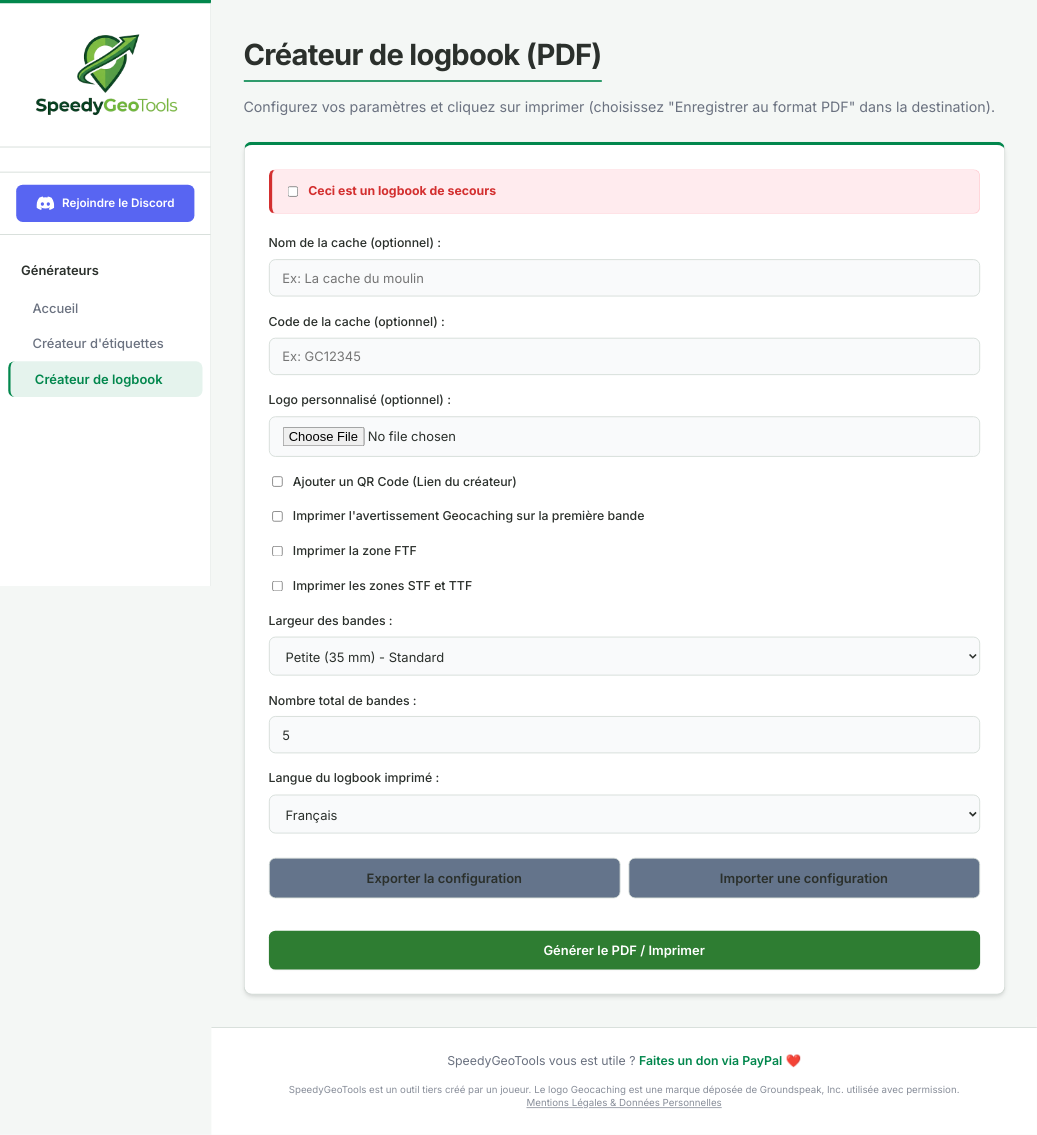
Repository: rodafux/SpeedyGeoTools
Page: logbook.html
The author's editor kept a copy of each file at every save. The page is drawn from the files as they stood at one save, then again after the next save.
The browser window is 1280 px wide. The pictures show the whole page, at 81% of full size.

Above is the page before, as saved 2026-04-10 22:02:47.

### logbook.html
<!DOCTYPE html>
<html lang="fr">
<head>
    <meta charset="UTF-8">
    <meta name="viewport" content="width=device-width, initial-scale=1.0">
    <title>SpeedyGeoTools - Créateur de logbook</title>
    <link rel="preconnect" href="https://fonts.googleapis.com">
    <link rel="preconnect" href="https://fonts.gstatic.com" crossorigin>
    <link href="https://fonts.googleapis.com/css2?family=Inter:wght@400;500;600;700&display=swap" rel="stylesheet">
    <link rel="stylesheet" href="css/style.css">
    <link rel="stylesheet" href="css/print.css">
    <script src="https://cdnjs.cloudflare.com/ajax/libs/qrious/4.0.2/qrious.min.js"></script>
</head>
<body>
    <div class="app-sidebar no-print">
        <a href="index.html" class="sidebar-brand">
            <img src="logo.png" alt="SpeedyGeoTools" class="brand-logo">
        </a>
        <div id="google_translate_element" class="translation-widget"></div>
        <div class="sidebar-discord">
            <a href="https://discord.gg/7D9yHJCKaA" target="_blank">
                <svg viewBox="0 0 127.14 96.36" width="22" height="22" fill="currentColor">
                    <path d="M107.7,8.07A105.15,105.15,0,0,0,81.47,0a72.06,72.06,0,0,0-3.36,6.83A97.68,97.68,0,0,0,49,6.83,72.37,72.37,0,0,0,45.64,0,105.89,105.89,0,0,0,19.39,8.09C2.79,32.65-1.71,56.6.54,80.21h0A105.73,105.73,0,0,0,32.71,96.36,77.7,77.7,0,0,0,39.6,85.25a68.42,68.42,0,0,1-10.85-5.18c.91-.66,1.8-1.34,2.66-2a75.57,75.57,0,0,0,64.32,0c.87.71,1.76,1.39,2.66,2a68.68,68.68,0,0,1-10.87,5.19,77,77,0,0,0,6.89,11.1A105.25,105.25,0,0,0,126.6,80.22h0C129.24,52.84,122.09,29.11,107.7,8.07ZM42.45,65.69C36.18,65.69,31,60,31,53s5-12.74,11.43-12.74S54,46,53.89,53,48.84,65.69,42.45,65.69Zm42.24,0C78.41,65.69,73.31,60,73.31,53s5-12.74,11.43-12.74S96.33,46,96.22,53,91.08,65.69,84.69,65.69Z"/>
                </svg>
                <span>Rejoindre le Discord</span>
            </a>
        </div>
        <div class="sidebar-nav">
            <details open>
                <summary>Générateurs</summary>
                <a href="index.html">Accueil</a>
                <a href="etiquettes.html">Créateur d'étiquettes</a>
                <a href="logbook.html" class="active">Créateur de logbook</a>
            </details>
        </div>
    </div>
    <div class="app-content">
        <div class="container no-print">
            <h1>Créateur de logbook (PDF)</h1>
            <p class="subtitle">Configurez vos paramètres et cliquez sur imprimer (choisissez "Enregistrer au format PDF" dans la destination).</p>
            <div class="main-layout" style="display:block;">
                <div class="controls-panel">
                    <div class="form-group checkbox-group emergency-toggle">
                        <input type="checkbox" id="isEmergency">
                        <label for="isEmergency" style="color: #d32f2f; font-weight: bold;">Ceci est un logbook de secours</label>
                    </div>
                    <div class="form-group" id="emergencyPseudoGroup" style="display: none;">
                        <label for="emergencyPseudo">Votre pseudo (Déposé par) :</label>
                        <input type="text" id="emergencyPseudo" placeholder="Ex: GeoTrouveTout">
                    </div>
                    <div id="standardOptions">
                        <div class="form-group">
                            <label for="cacheName">Nom de la cache (optionnel) :</label>
                            <input type="text" id="cacheName" placeholder="Ex: La cache du moulin">
                        </div>
                        <div class="form-group">
                            <label for="cacheCode">Code de la cache (optionnel) :</label>
                            <input type="text" id="cacheCode" placeholder="Ex: GC12345">
                        </div>
                        <div class="form-group">
                            <label for="logoInput">Logo personnalisé (optionnel) :</label>
                            <input type="file" id="logoInput" accept="image/png, image/jpeg">
                        </div>
                        <div class="form-group checkbox-group">
                            <input type="checkbox" id="hasQrCode">
                            <label for="hasQrCode">Ajouter un QR Code (Lien du créateur)</label>
                        </div>
                        <div class="form-group" id="qrUrlGroup" style="display: none;">
                            <label for="qrUrl">Lien du QR Code :</label>
                            <input type="text" id="qrUrl" placeholder="https://...">
                        </div>
                    </div>
                    <div class="form-group checkbox-group">
                        <input type="checkbox" id="hasWarning">
                        <label for="hasWarning">Imprimer l'avertissement Geocaching sur la première bande</label>
                    </div>
                    <div id="podiumOptions">
                        <div class="form-group checkbox-group">
                            <input type="checkbox" id="hasFtf">
                            <label for="hasFtf">Imprimer la zone FTF</label>
                        </div>
                        <div class="form-group checkbox-group sub-checkbox" id="ftfTamponGroup" style="display: none;">
                            <input type="checkbox" id="hasFtfTampon" checked>
                            <label for="hasFtfTampon">Agrandir la zone FTF (Espace Tampon)</label>
                        </div>
                        <div class="form-group checkbox-group">
                            <input type="checkbox" id="hasStfTtf">
                            <label for="hasStfTtf">Imprimer les zones STF et TTF</label>
                        </div>
                        <div class="form-group checkbox-group sub-checkbox" id="stfTtfTamponGroup" style="display: none;">
                            <input type="checkbox" id="hasStfTtfTampon" checked>
                            <label for="hasStfTtfTampon">Agrandir les zones STF/TTF (Espace Tampon)</label>
                        </div>
                    </div>
                    <div class="form-group">
                        <label for="stripWidth">Largeur des bandes :</label>
                        <select id="stripWidth">
                            <option value="25">Micro (25 mm) - Sans tampons ni textes</option>
                            <option value="35" selected>Petite (35 mm) - Standard</option>
                            <option value="45">Normale (45 mm) - Large</option>
                        </select>
                    </div>
                    <div class="form-group">
                        <label for="stripCount">Nombre total de bandes :</label>
                        <input type="number" id="stripCount" value="5" min="1" max="100">
                    </div>
                    <div class="form-group">
                        <label for="pdfLanguage">Langue du logbook imprimé :</label>
                        <select id="pdfLanguage">
                            <option value="fr" selected>Français</option>
                            <option value="en">English (Anglais)</option>
                            <option value="de">Deutsch (Allemand)</option>
                            <option value="es">Español (Espagnol)</option>
                            <option value="it">Italiano (Italien)</option>
                            <option value="pt">Português (Portugais)</option>
                            <option value="nl">Nederlands (Néerlandais)</option>
                            <option value="cs">Čeština (Tchèque)</option>
                        </select>
                    </div>
                    <div class="import-export-section">
                        <button onclick="exportLogbookConfig()" style="background-color: #64748b;">Exporter la configuration</button>
                        <input type="file" id="importLogbook" accept=".json" onchange="importLogbookConfig(event)" style="display: none;">
                        <button onclick="document.getElementById('importLogbook').click()" style="background-color: #64748b;">Importer une configuration</button>
                    </div>
                    <button onclick="generateAndPrint()" style="background-color: #2e7d32; margin-top: 20px;">Générer le PDF / Imprimer</button>
                </div>
            </div>
        </div>
        <footer class="site-footer no-print">
            <p>SpeedyGeoTools vous est utile ? <a href="https://paypal.me/JulienPorcher" target="_blank" rel="noopener noreferrer">Faites un don via PayPal</a> ❤️</p>
            <p class="disclaimer">
                SpeedyGeoTools est un outil tiers créé par un joueur. Le logo Geocaching est une marque déposée de Groundspeak, Inc. utilisée avec permission.<br>
                <a href="mentions-legales.html">Mentions Légales & Données Personnelles</a>
            </p>
        </footer>
    </div>
    <div id="render-area"></div>
    <script type="text/javascript" src="//translate.google.com/translate_a/element.js?cb=googleTranslateElementInit"></script>
    <script src="js/i18n.js"></script>
    <script src="js/logbook.js"></script>
    <script src="js/main.js"></script>
</body>
</html>

### css/print.css
@media print {
    @page { size: A4 portrait; margin: 0; }
    body { background: white; padding: 0; margin: 0; color: black; font-family: sans-serif; display: block; }
    body > * { display: none !important; }
    body > #render-area { display: block !important; width: 100%; }
    .a4-page { width: 210mm; height: 297mm; padding: 10mm 15mm; box-sizing: border-box; display: flex; justify-content: center; break-after: page; }
    .a4-page:last-child { page-break-after: auto; break-after: auto; }
    .log-strip { height: 100%; border: 1px solid #000; border-left: none; box-sizing: border-box; display: flex; flex-direction: column; overflow: hidden; }
    .log-strip:first-child { border-left: 1px solid #000; }
    .staple-area { min-height: 10mm; border-bottom: 1px dashed #999; }
    .official-logo-box { text-align: center; padding: 5mm 0; border-bottom: 1px solid #000; }
    .official-logo-box img { width: 20mm; height: auto; }
    .official-logo-box div { font-size: 7px; font-weight: bold; margin-top: 2px; }
    .strip-logo { width: 100%; max-height: 25mm; object-fit: contain; margin: 4mm 0; padding: 0 2mm; box-sizing: border-box; display: block; }
    .logo-container { border-bottom: 1px solid #000; }
    .created-on { text-align: center; font-size: 9px; font-weight: bold; background-color: #000 !important; color: #FFF !important; padding: 4px 1mm; border-bottom: 1px solid #000; text-transform: uppercase; letter-spacing: 0.3px; -webkit-print-color-adjust: exact; print-color-adjust: exact; }
    .cache-info { text-align: center; padding: 4px 3mm 4px 5mm; border-bottom: 1px solid #000; font-size: 10px; }
    .cache-info strong { font-size: 11px; display: block; }
    .emergency-box { padding: 6px 3mm 6px 5mm; border-bottom: 1px solid #000; font-size: 8px; line-height: 1.6; }
    .emergency-box strong { display: block; text-align: center; font-size: 10px; margin-bottom: 4px; }
    .warning-text { font-size: 6.5px; padding: 4px 3mm 4px 5mm; text-align: justify; line-height: 1.2; border-bottom: 1px solid #000; }
    .warning-text strong { display: block; text-align: center; margin-bottom: 3px; font-size: 7.5px; }
    .warning-text ul { padding-left: 8px; margin: 3px 0; }
    .qr-box { padding: 4px 3mm 4px 5mm; text-align: center; border-bottom: 1px solid #000; }
    .qr-title { font-size: 7px; font-weight: bold; margin-bottom: 2px; }
    .qr-warn { font-size: 6px; margin-top: 2px; color: #333; }
    .podium-box { display: flex; flex-direction: column; border-bottom: 1px solid #000; }
    .podium-stamp { border-bottom: 1px dotted #888; display: flex; flex-direction: column; padding: 2px 2px 2px 5mm; box-sizing: border-box; }
    .podium-stamp.with-tampon { min-height: 35mm; }
    .podium-stamp:last-child { border-bottom: none; }
    .podium-header { display: flex; flex-wrap: wrap; align-items: center; gap: 3px; font-size: 7px; color: #333; margin-bottom: 2mm; }
    .podium-title { font-weight: bold; font-size: 10px; color: #000; margin-right: 2px; }
    .podium-input-date { font-style: italic; }
    .podium-input-pseudo { font-style: italic; flex-grow: 1; }
    .podium-tampon { flex-grow: 1; display: flex; align-items: center; justify-content: center; font-size: 10px; color: #aaa; text-transform: uppercase; letter-spacing: 1px; border: 1px dotted #ccc; }
    .logs-container { flex-grow: 1; display: flex; flex-direction: column; }
    .log-row { flex: 1; border-bottom: 1px solid #ccc; box-sizing: border-box; display: flex; }
    .log-row:last-child { border-bottom: none; }
    .staple-spacer { border-bottom: 1px solid #ccc; }
    .log-date { width: 10mm; border-right: 1px dotted #ccc; font-size: 7px; padding: 2px 2px 2px 3mm; color: #666; box-sizing: border-box; }
    .log-name { flex-grow: 1; font-size: 7px; padding: 2px 2px 2px 2mm; color: #666; box-sizing: border-box; }
}

Loaded but not shown: js/logbook.js (385 lines, source omitted); js/i18n.js (218 lines, source omitted); js/main.js (26 lines, source omitted); css/style.css (153 lines, source omitted)

After the next save:
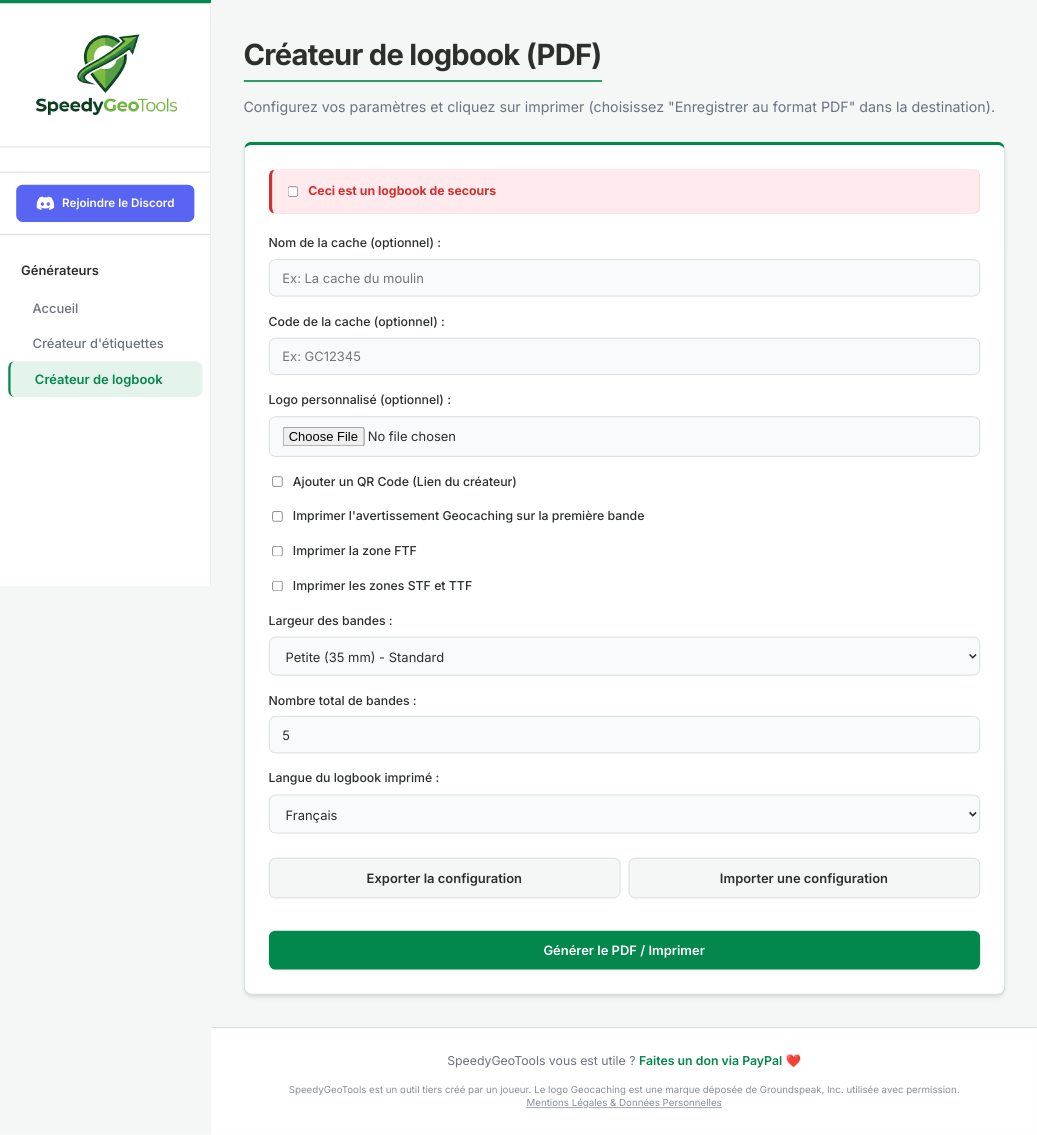
Saved 6 s later.
--- a/logbook.html
+++ b/logbook.html
@@ -118,11 +118,11 @@
                         </select>
                     </div>
                     <div class="import-export-section">
-                        <button onclick="exportLogbookConfig()" style="background-color: #64748b;">Exporter la configuration</button>
+                        <button onclick="exportLogbookConfig()" class="btn-outline">Exporter la configuration</button>
                         <input type="file" id="importLogbook" accept=".json" onchange="importLogbookConfig(event)" style="display: none;">
-                        <button onclick="document.getElementById('importLogbook').click()" style="background-color: #64748b;">Importer une configuration</button>
+                        <button onclick="document.getElementById('importLogbook').click()" class="btn-outline">Importer une configuration</button>
                     </div>
-                    <button onclick="generateAndPrint()" style="background-color: #2e7d32; margin-top: 20px;">Générer le PDF / Imprimer</button>
+                    <button onclick="generateAndPrint()" style="margin-top: 20px;">Générer le PDF / Imprimer</button>
                 </div>
             </div>
         </div>
